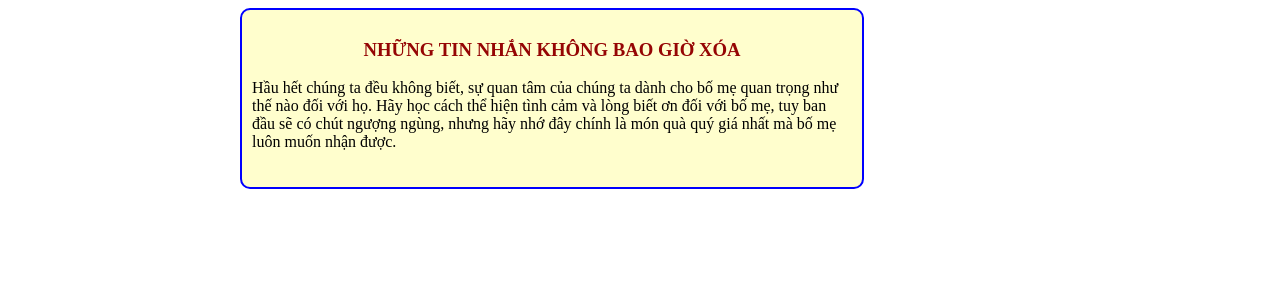
Repository: Tan-Khang21/TH_TKW--Buoi_06
Page: Bai_Tap_Mau/Bai_01/Css1.html
An editor plug-in stored every save of this project. The page is shown before and after the next save, followed by the edit.
The browser window is 1280 px wide. The pictures show the whole page.

Above is the page before, as saved 2024-03-11 15:58:42.

### Bai_Tap_Mau/Bai_01/Css1.html
<!DOCTYPE html>
<html lang="en">
  <head>
    <meta charset="UTF-8" />
    <meta name="viewport" content="width=device-width, initial-scale=1.0" />
    <title>Document</title>
  </head>
  <body>
    <div style="width: 800px; margin: 0 auto">
      <div
        style="
          width: 600px;
          padding: 10px;
          padding-bottom: 20px;
          border: 2px solid blue;
          background-color: #fffecd;
          border-radius: 10px;
        "
      >
        <h3 style="text-align: center; color: #950504">
          NHỮNG TIN NHẮN KHÔNG BAO GIỜ XÓA
        </h3>
        <p>
          Hầu hết chúng ta đều không biết, sự quan tâm của chúng ta dành cho bố
          mẹ quan trọng như thế nào đối với họ. Hãy học cách thể hiện tình cảm
          và lòng biết ơn đối với bố mẹ, tuy ban đầu sẽ có chút ngượng ngùng,
          nhưng hãy nhớ đây chính là món quà quý giá nhất mà bố mẹ luôn muốn
          nhận được.
        </p>
      </div>
    </div>
  </body>
</html>

After the next save:
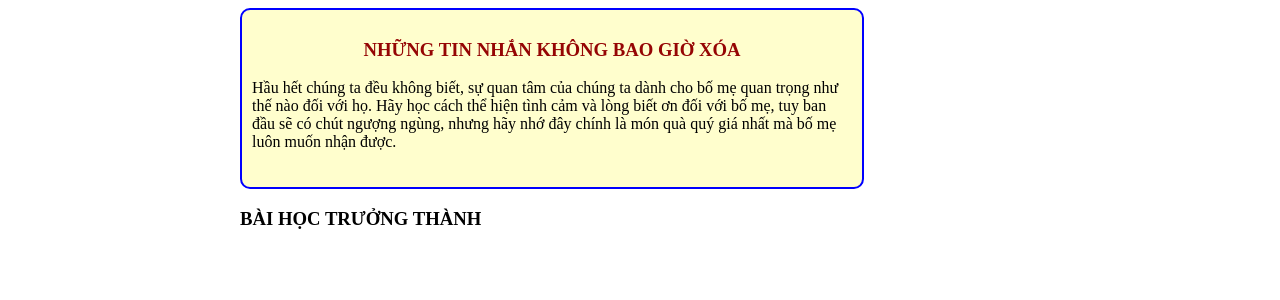
Saved 53 s later.
--- a/Bai_Tap_Mau/Bai_01/Css1.html
+++ b/Bai_Tap_Mau/Bai_01/Css1.html
@@ -28,6 +28,9 @@
           nhận được.
         </p>
       </div>
+      <div>
+        <h3>BÀI HỌC TRƯỞNG THÀNH</h3>
+      </div>
     </div>
   </body>
 </html>
